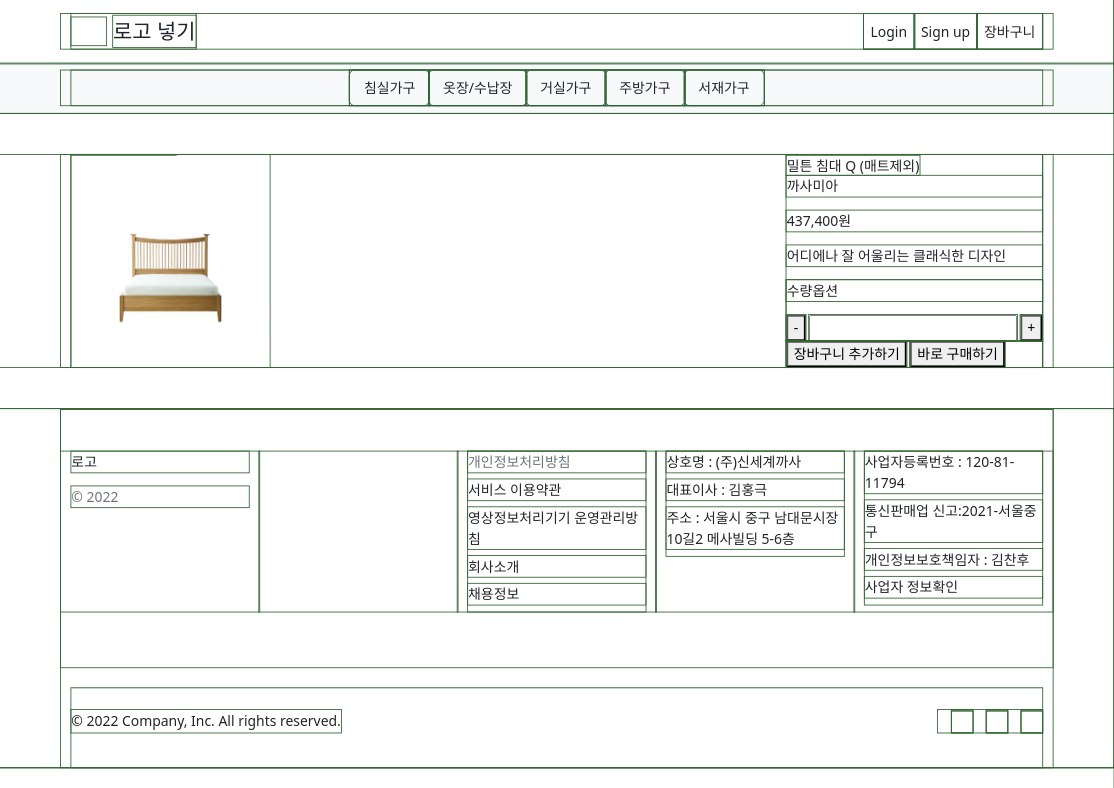
Repository: raoniee/Elice-House-Project
Page: FE/views/pages/main/item-detail-page.html
An editor plug-in stored every save of this project. The page is shown before and after the next save, followed by the edit.
The browser window is 1280 px wide. The pictures show the whole page, at 87% of full size.

Above is the page before, as saved 2023-07-06 14:59:42.

### FE/views/pages/main/item-detail-page.html
<!DOCTYPE html>
<html lang="ko">
  <head>
    <meta charset="UTF-8" />
    <meta http-equiv="X-UA-Compatible" content="IE=edge" />
    <meta name="viewport" content="width=device-width, initial-scale=1.0" />
    <title>Elice-House/item-detail</title>
    <link
      href="https://cdn.jsdelivr.net/npm/bootstrap@5.2.3/dist/css/bootstrap.min.css"
      rel="stylesheet"
      integrity="sha384-rbsA2VBKQhggwzxH7pPCaAqO46MgnOM80zW1RWuH61DGLwZJEdK2Kadq2F9CUG65"
      crossorigin="anonymous"
    />
    <!-- header.module.js -->
    <script
      src="../../components/header/header.js"
      type="module"
      defer
    ></script>
    <!-- footer.module.js -->
    <script
      src="../../components/footer/footer.js"
      type="module"
      defer
    ></script>
    <!-- item-detail-page.module.js -->
    <script src="./item-detail-page.js" type="module" defer></script>
    <style>
      * {
        outline: 1px solid #363;
      }
    </style>
  </head>
  <body>
    <header class="header">
      <!-- header template로 삽입 -->
    </header>

    <main>
      <div class="container my-5">
        <div
          class="menu_bar d-flex justify-content-between"
          style="width: 120px"
        >
          <!-- menu_bar template로 삽입 -->
        </div>

        <div class="item_detail_card d-flex justify-content-between">
          <img
            src="../../../public/assets/imgs/item-list-card.webp"
            alt="가구"
          />
          <div class="item_detail_content">
            <span class="item_detail_name">밀튼 침대 Q (매트제외)</span>
            <p class="item_detail_brand">까사미아</p>
            <p class="item_detail_price">437,400원</p>
            <p class="item_detail_desc">어디에나 잘 어울리는 클래식한 디자인</p>
            <div class="item_detail_quantity">
              <p>수량옵션</p>
              <button id="minus">-</button>
              <input type="number" />
              <button id="plus">+</button>
            </div>
            <div class="item_detail_option">
              <button class="basket">장바구니 추가하기</button>
              <button class="purchase">바로 구매하기</button>
            </div>
          </div>
        </div>
      </div>
    </main>

    <footer class="footer">
      <!-- footer template로 삽입 -->
    </footer>

    <script
      src="https://cdn.jsdelivr.net/npm/bootstrap@5.2.3/dist/js/bootstrap.bundle.min.js"
      integrity="sha384-kenU1KFdBIe4zVF0s0G1M5b4hcpxyD9F7jL+jjXkk+Q2h455rYXK/7HAuoJl+0I4"
      crossorigin="anonymous"
    ></script>
  </body>
</html>

### FE/views/components/header/header.js
export const drawHeader = () => {
  let headerTemplate = `
  <div class="py-3 border-bottom">
      <div class="container d-flex flex-wrap justify-content-center">
        <a
          href="/"
          class="d-flex align-items-center mb-3 mb-lg-0 me-lg-auto text-dark text-decoration-none"
        >
          <svg class="bi me-2" width="40" height="32">
            <use xlink:href="#bootstrap" />
          </svg>
          <span class="fs-4">로고 넣기</span>
        </a>
        <ul class="nav">
          <li class="nav-item">
            <a href="" class="nav-link link-dark px-2">Login</a>
          </li>
          <li class="nav-item">
            <a href="" class="nav-link link-dark px-2">Sign up</a>
          </li>
          <li class="nav-item">
            <a href="" class="nav-link link-dark px-2">장바구니</a>
          </li>
        </ul>
      </div>
    </div>
    <nav class="py-2 bg-light border-bottom">
      <div class="container">
        <ul class="nav justify-content-center nav-pills">
          <li class="nav-item">
            <div class="dropdown text-end">
              <a
                href="#"
                class="d-block link-dark text-decoration-none nav-link"
                data-bs-toggle="dropdown"
                aria-expanded="false"
                >침실가구
              </a>
              <ul class="dropdown-menu text-small">
                <li><a class="dropdown-item" href="#">침대</a></li>
                <li><a class="dropdown-item" href="#">매트리스/토퍼</a></li>
                <li><a class="dropdown-item" href="#">화장대/콘솔/거울</a></li>
                <li><a class="dropdown-item" href="#">서랍장/협탁</a></li>
              </ul>
            </div>
          </li>
          <li class="nav-item">
            <div class="dropdown text-end">
              <a
                href="#"
                class="d-block link-dark text-decoration-none nav-link"
                data-bs-toggle="dropdown"
                aria-expanded="false"
                >옷장/수납장
              </a>
              <ul class="dropdown-menu text-small">
                <li><a class="dropdown-item" href="#">옷장/붙박이장</a></li>
                <li><a class="dropdown-item" href="#">드레스룸/행거</a></li>
              </ul>
            </div>
          </li>
          <li class="nav-item">
            <div class="dropdown text-end">
              <a
                href="#"
                class="d-block link-dark text-decoration-none nav-link"
                data-bs-toggle="dropdown"
                aria-expanded="false"
                >거실가구
              </a>
              <ul class="dropdown-menu text-small">
                <li><a class="dropdown-item" href="#">소파</a></li>
                <li><a class="dropdown-item" href="#">거실테이블</a></li>
                <li><a class="dropdown-item" href="#">거실장</a></li>
              </ul>
            </div>
          </li>
          <li class="nav-item">
            <div class="dropdown text-end">
              <a
                href="#"
                class="d-block link-dark text-decoration-none nav-link"
                data-bs-toggle="dropdown"
                aria-expanded="false"
                >주방가구
              </a>
              <ul class="dropdown-menu text-small">
                <li><a class="dropdown-item" href="#">식탁/테이블</a></li>
                <li><a class="dropdown-item" href="#">홈바/아일랜드식탁</a></li>
                <li><a class="dropdown-item" href="#">식탁세트</a></li>
              </ul>
            </div>
          </li>
          <li class="nav-item">
            <div class="dropdown text-end">
              <a
                href="#"
                class="d-block link-dark text-decoration-none nav-link"
                data-bs-toggle="dropdown"
                aria-expanded="false"
                >서재가구
              </a>
              <ul class="dropdown-menu text-small">
                <li><a class="dropdown-item" href="#">책상/책장/ACC</a></li>
                <li><a class="dropdown-item" href="#">서재의자</a></li>
              </ul>
            </div>
          </li>
        </ul>
      </div>
    </nav>
    `;
  // .header 부분에 header.html을 삽입
  const headerTag = document.querySelector(".header");
  headerTag.innerHTML = headerTemplate;
};

### FE/views/components/footer/footer.js
export const drawFooter = () => {
  let footerTemplate = `        <div class="border-top">
        <div class="container">
      <div class="row py-5">
        <div class="col mb-3">
          <a
            href="/"
            class="d-flex align-items-center mb-3 link-dark text-decoration-none"
          >
            로고
          </a>
          <p class="text-muted">&copy; 2022</p>
        </div>

        <div class="col mb-3"></div>

        <div class="col mb-3">
          <ul class="nav flex-column">
            <li class="nav-item mb-2 text-muted">개인정보처리방침</li>
            <li class="nav-item mb-2">서비스 이용약관</li>
            <li class="nav-item mb-2">영상정보처리기기 운영관리방침</li>
            <li class="nav-item mb-2">회사소개</li>
            <li class="nav-item mb-2">채용정보</li>
          </ul>
        </div>

        <div class="col mb-3">
          <ul class="nav flex-column">
            <li class="nav-item mb-2">상호명 : (주)신세계까사</li>
            <li class="nav-item mb-2">대표이사 : 김홍극</li>
            <li class="nav-item mb-2">
              주소 : 서울시 중구 남대문시장10길2 메사빌딩 5-6층
            </li>
          </ul>
        </div>

        <div class="col mb-3">
          <ul class="nav flex-column">
            <li class="nav-item mb-2">사업자등록번호 : 120-81-11794</li>
            <li class="nav-item mb-2">통신판매업 신고:2021-서울중구</li>
            <li class="nav-item mb-2">개인정보보호책임자 : 김찬후</li>
            <li class="nav-item mb-2">사업자 정보확인</li>
          </ul>
        </div>
      </div>
      <div
        class="d-flex flex-column flex-sm-row justify-content-between py-4 my-4 border-top"
      >
        <p>&copy; 2022 Company, Inc. All rights reserved.</p>
        <ul class="list-unstyled d-flex">
          <li class="ms-3">
            <a class="link-dark" href="#"
              ><svg class="bi" width="24" height="24">
                <use xlink:href="#twitter" /></svg
            ></a>
          </li>
          <li class="ms-3">
            <a class="link-dark" href="#"
              ><svg class="bi" width="24" height="24">
                <use xlink:href="#instagram" /></svg
            ></a>
          </li>
          <li class="ms-3">
            <a class="link-dark" href="#"
              ><svg class="bi" width="24" height="24">
                <use xlink:href="#facebook" /></svg
            ></a>
          </li>
        </ul>
      </div>
    </div>

        </div>`;
  // .footer 부분에 footer.html을 삽입
  const footerTag = document.querySelector(".footer");
  footerTag.innerHTML = footerTemplate;
};

### FE/views/pages/main/item-detail-page.js
import { drawHeader } from "../../components/header/header.js";
import { drawFooter } from "../../components/footer/footer.js";

// Header, Footer 템플릿 삽입
drawHeader();
drawFooter();

After the next save:
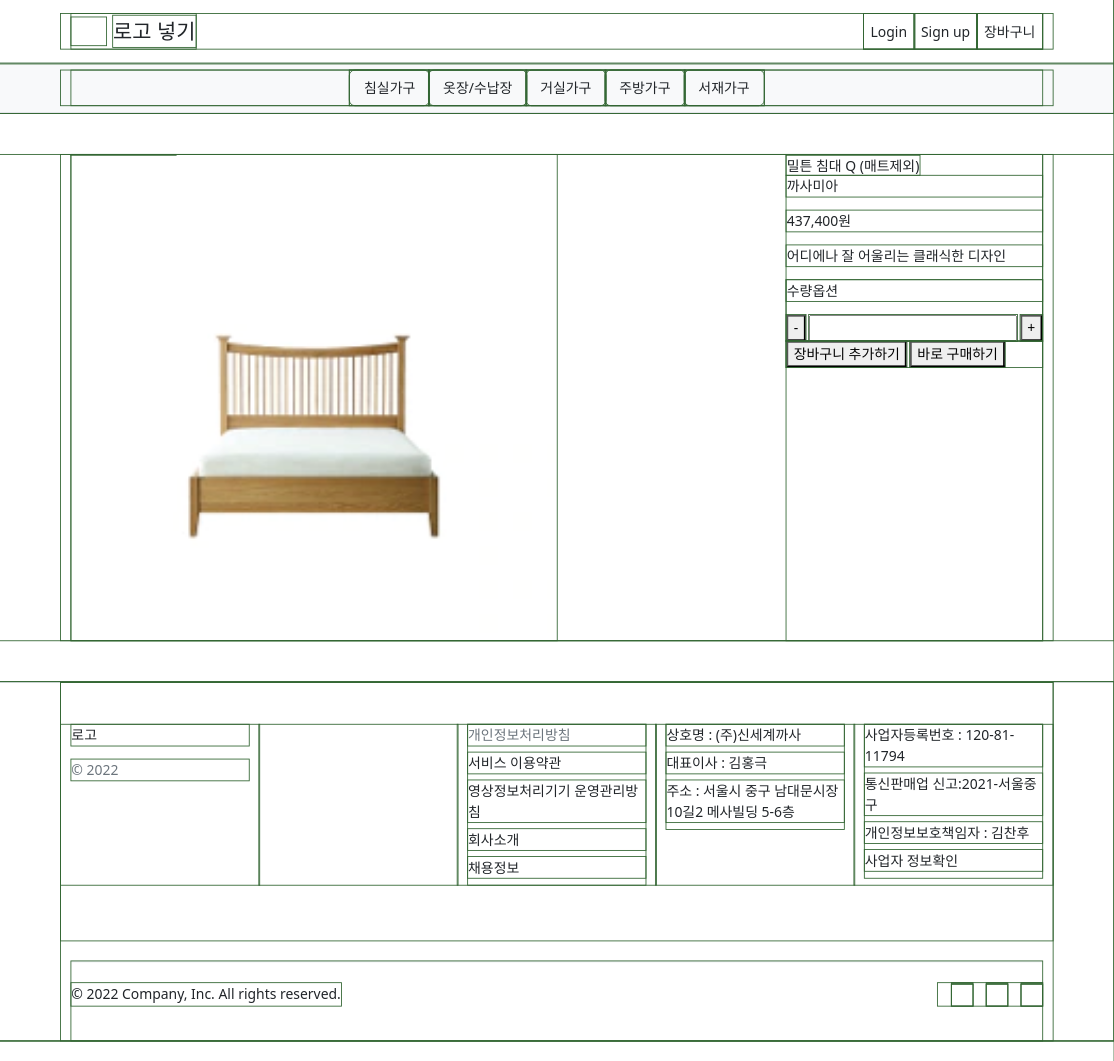
Saved 18 s later.
--- a/FE/views/pages/main/item-detail-page.html
+++ b/FE/views/pages/main/item-detail-page.html
@@ -47,6 +47,7 @@
 
         <div class="item_detail_card d-flex justify-content-between">
           <img
+            class="w-50"
             src="../../../public/assets/imgs/item-list-card.webp"
             alt="가구"
           />
